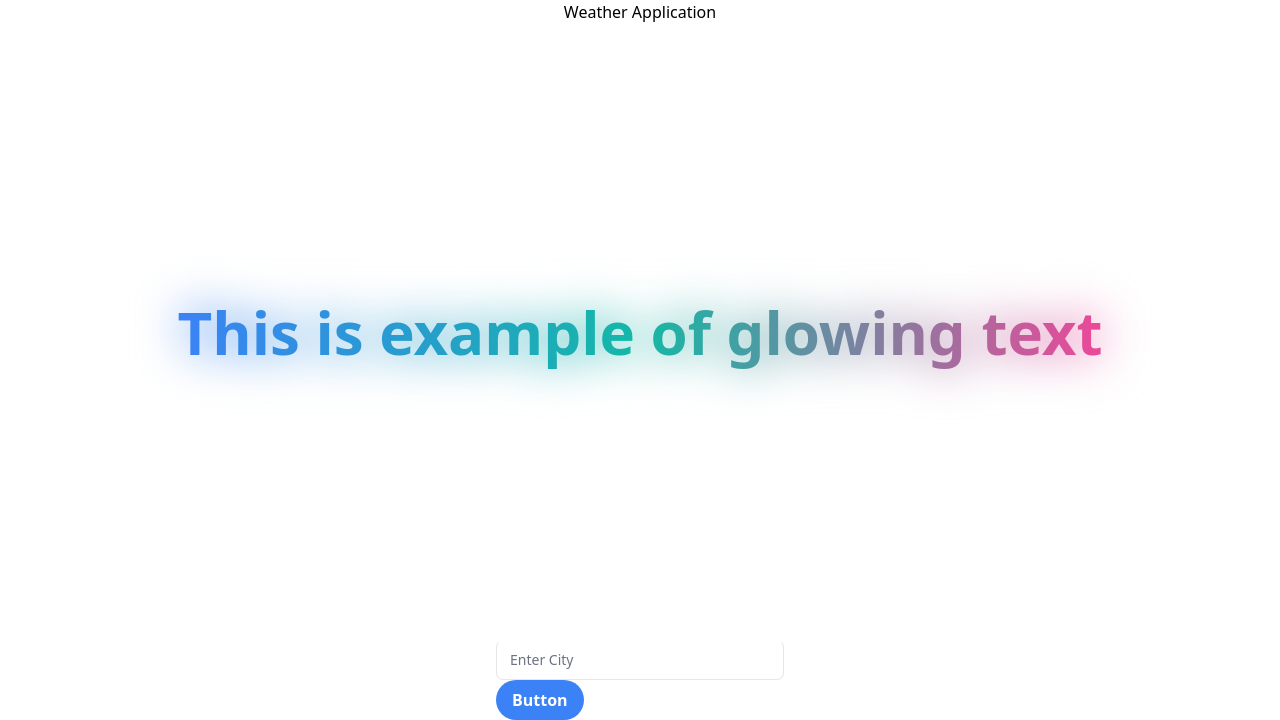
Repository: rajratangm/xweather
Page: /
The author's editor kept a copy of each file at every save. The page is drawn from the files as they stood at one save, then again after a run of saves.
The browser window is 1280 px wide. The pictures show the whole page.
The project was rebuilt for these pictures with package versions that can differ from the ones it lists, and the page was loaded fresh each time.

Above is the page before, as saved 2024-06-06 10:42:27.

After the next 2 saves:
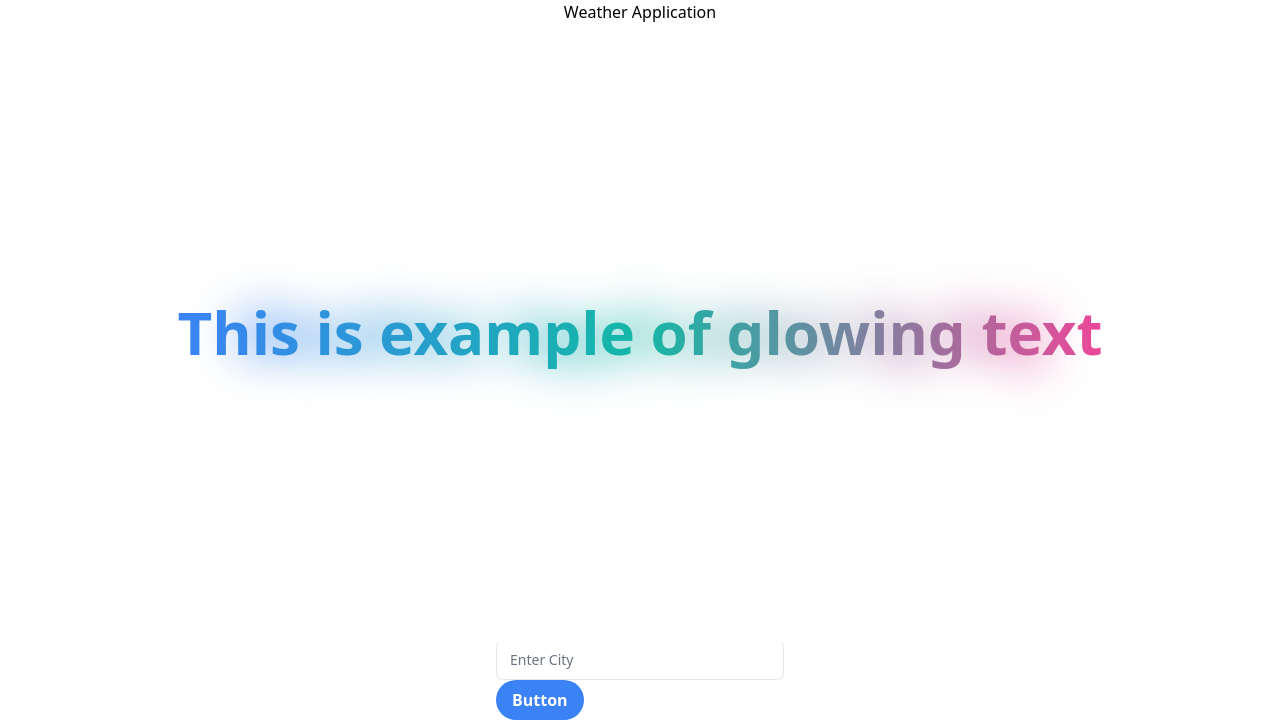
The 2 saves are shown as one change because they came seconds apart.
The last was saved 20 s later.
--- a/src/App.js
+++ b/src/App.js
@@ -49,7 +49,7 @@ const WeatherApp = () => {
       <h1>Weather Application</h1>
       <div class="flex h-screen w-full items-center justify-center">
     <span class="absolute mx-auto py-4 flex border w-fit bg-gradient-to-r blur-xl from-blue-500 via-teal-500 to-pink-500 bg-clip-text text-6xl box-content font-extrabold text-transparent text-center select-none">
-    This is example of glowing text
+    Weather Application by Raj
   </span>
     <h1
         class="relative top-0 w-fit h-auto py-4 justify-center flex bg-gradient-to-r items-center from-blue-500 via-teal-500 to-pink-500 bg-clip-text text-6xl font-extrabold text-transparent text-center select-auto">
